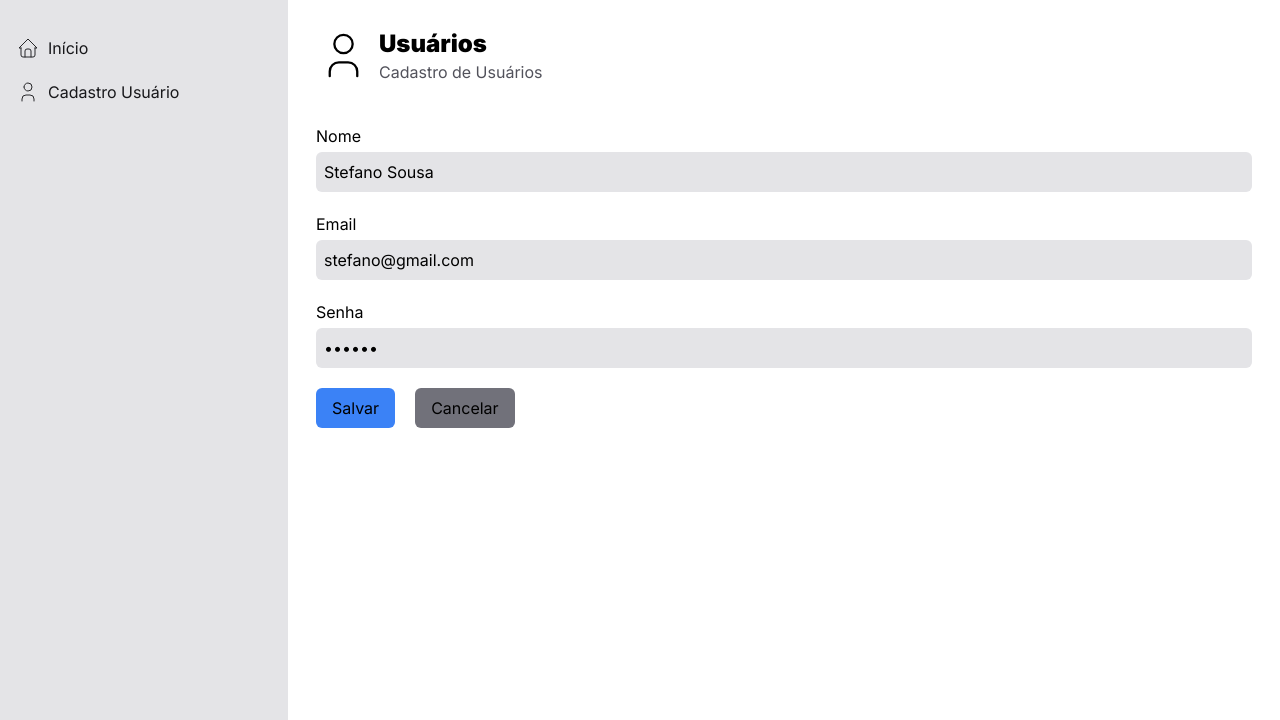
Repository: stefanosousaa/app-bd
Page: /usuarios
These files come from the project's save history. The page is drawn as it stood at one moment and after the next save; the edit follows.
The browser window is 1280 px wide. The pictures show the whole page.
The project was rebuilt for these pictures with package versions that can differ from the ones it lists, and the page was loaded fresh each time. The framework's server and built-in components were replaced by stand-ins that run in the browser. Also part of the build but not shown: next.config.mjs.

Above is the page before, as saved 2024-05-26 12:03:53.

### src/app/(internas)/usuarios/page.tsx
'use client'

import Pagina from "@/app/components/template/Pagina";
import Titulo from "@/app/components/template/Titulo";
import FormularioUsuario from "@/app/components/usuario/FormularioUsuario";
import ListaUsuario from "@/app/components/usuario/ListaUsuario";
import usuarios from "@/app/data/constants/usuarios";
import { Usuario } from "@/core/model/Usuario";
import { IconUser } from "@tabler/icons-react";
import { useState } from "react";


export default function Page(){

    const [usuario, setUsuario] = useState<Usuario>(usuarios[0])

    function salvar(){
        //salvar no banco de dados

    }
    return(
        <Pagina className="flex flex-col gap-10">
            <Titulo icone={IconUser} principal="Usuários" secundario="Cadastro de Usuários"/>
           {/*<ListaUsuario/> */}
           <FormularioUsuario
           usuario={usuario}
           onChange={setUsuario}
           salvar={salvar}
           cancelar={()=>{}}
           />
        </Pagina>
    )
}

### src/app/components/template/Pagina.tsx
import Menu from "./Menu"

export interface PaginaProps {
    children: any
    className?: string
}

export default function Pagina(props: PaginaProps){
    return (
     <div className="flex ">
        <Menu/>
        <main className={`flex-1 p-7 ${props.className ?? ``}`}>{props.children}</main>

    </div>
    )

}

### src/app/components/template/Titulo.tsx
import { ElementType } from "react"

export interface TituloProps {
    principal: string
    secundario: string
    icone: ElementType
}

export default function Titulo(props: TituloProps){
    return(
          <div className="flex gap-2">
            <props.icone size={55} stroke={1}/>
            <div className="flex flex-col">
                <h1 className="text-2xl font-black">{props.principal}</h1>
                <h2 className="text-zinc-600">{props.secundario}</h2>
            </div>

          </div>
    )
}

### src/app/components/usuario/FormularioUsuario.tsx
import { Usuario } from "@/core/model/Usuario"
import InputTexto from "../shared/InputTexto"

export interface FormularioUsuarioProps {
    usuario: Partial<Usuario>
    onChange: (usuario: Partial<Usuario>) => void
    salvar: () => void
    cancelar: () => void
}


export default function FormularioUsuario(props: FormularioUsuarioProps){
    return(
        <div className="flex flex-col gap-5">
            <InputTexto
            label="Nome"
            type="text"
            value={props.usuario.nome}
            onChange={
                (e) => props.onChange?.({ ...props.usuario, nome: e.target.value})
            }
            />

            <InputTexto
            label="Email"
            type="email"
            value={props.usuario.email}
            onChange={
                (e) => props.onChange?.({ ...props.usuario, email: e.target.value})
            }
            />

            <InputTexto
            label="Senha"
            type="password"
            value={props.usuario.senha}
            onChange={
                (e) => props.onChange?.({ ...props.usuario, senha: e.target.value})
            }
            />

            <div className="flex gap-5">
                <button className="bg-blue-500 px-4 py-2 rounded-md" onClick={props.salvar}>Salvar</button>
                <button className="bg-zinc-500 px-4 py-2 rounded-md" onClick={props.cancelar}>Cancelar</button>
            </div>


        </div>
    )

}

### src/app/data/constants/usuarios.ts
import { Usuario } from "@/core/model/Usuario";

const usuarios: Usuario [] = [
    {
        id: "1",
        email:"stefano@gmail.com",
        nome: "Stefano Sousa",
        senha:"123456"
    },
    {
        id: "2",
        email:"lillyan@gmail.com",
        nome: "Lillyan Sousa",
        senha:"123456"
    },
    {
        id: "3",
        email:"isadora@gmail.com",
        nome: "Isadora Sousa",
        senha:"123456"
    },
    {
        id: "4",
        email:"rodrigo@gmail.com",
        nome: "Rodrigo Sousa",
        senha:"123456"
    },
]

export default usuarios

### src/app/components/template/Menu.tsx
import { IconHome, IconUser } from "@tabler/icons-react"
import Link from "next/link"
import MenuItem from "./MenuItem"



export default function Menu(){
    return (
    <aside className="w-72 bg-zinc-200 h-screen">
         <nav className="flex flex-col gap-1 py-7">
            <MenuItem icone={IconHome} texto="Início" url="/" />
            <MenuItem icone={IconUser} texto="Cadastro Usuário" url="/usuarios" />


         </nav>
    </aside>
    )
}

### src/app/components/shared/InputTexto.tsx
'use client'

import { InputHTMLAttributes } from "react";

export interface InputTextoProps extends InputHTMLAttributes<HTMLInputElement> {
    label: string
}

export default function InputTexto(props: InputTextoProps){
    return(
        <div className="flex flex-col gap-1 ">
            <label>{props.label}</label>
            <input {...props}
            className="bg-zinc-200 p-2 rounded-md outline-none"
            />
        </div>
    )
}

### src/app/components/template/MenuItem.tsx
import Link from "next/link"
import { ElementType } from "react"

export interface MenuItemProps{
    icone: ElementType
    texto: string
    url: string
}


export default function MenuItem(props : MenuItemProps){
    return(
        <Link href={props.url} className="flex gap-2 px-4 py-2 hover:bg-white ">
            <props.icone className= "text-zinc-800" size={24} stroke={1}/>
            <span className= "text-zinc-900">{props.texto}</span>
        </Link>
    )
}

### src/app/components/usuario/ListaUsuario.tsx

import { Usuario } from '@/core/model/Usuario'
import usuarios from '../../data/constants/usuarios'
import LinhaUsuario from './LinhaUsuario'

export default function ListaUsuario(){
    return(
        <div className="flex flex-col gap-4">
            {usuarios.map((usuario: Usuario) => {
                return <LinhaUsuario key={usuario.id} usuario={usuario}/>
            })}

        </div>
    )
}

### src/backend/index.ts
import salvarUsuario from "./usuario/salvarUsuario"
import obterTodos from "./usuario/obterTodos"

//padrao facede

export default class Backend{
    static readonly usuarios = {
        salvar: salvarUsuario,
        obter: obterTodos,
    }
}

### src/app/components/usuario/LinhaUsuario.tsx
import { Usuario } from "@/core/model/Usuario"
import Image from "next/image"

export interface LinhaUsuarioProps {
    usuario: Usuario
}

export default function LinhaUsuario(props: LinhaUsuarioProps){
    return(
        <div className="flex items-center gap-5 p-4 bg-zinc-200 rounded-md">
            <Image
            src="data:[embedded picture, 6063 characters]"
            width={80}
            height={80}
            className="rounded-full"
            alt="Avatar"
            />



            <div className=" flex flex-col">
              <span className="text-xl font-black">{props.usuario.nome}</span>
              <span className="text-sm text-zinc-700">{props.usuario.email}</span>
            </div>


        </div>
    )
}

### src/backend/usuario/salvarUsuario.ts
"use server"

import { Usuario } from "@/core/model/Usuario";
import Id from "@/core/utils/Id";
import RepositorioUsuario from "./RepositorioUsuario";

export default async function salvarUsuario(usuario: Partial<Usuario>){
     const novoUsuario = {
        ...usuario,
        id: usuario.id ?? Id.novo,
     }

    return RepositorioUsuario.salvar(novoUsuario as Usuario)
}

### src/backend/usuario/obterTodos.ts
"use server"

import RepositorioUsuario from "./RepositorioUsuario";

export default async function obterTodos(){

    return RepositorioUsuario.obterTodos()
}

### src/core/utils/Id.ts
export default class Id {
    static get novo(): string{
        return Math.random().toString(36).substring(2, 15).toUpperCase()
    }
}

### src/backend/usuario/RepositorioUsuario.ts
import { Usuario } from "@/core/model/Usuario";
import { PrismaClient } from "@prisma/client";


export default class RepositorioUsuario {
    private static db: PrismaClient = new PrismaClient()


    static async salvar(usuario: Usuario): Promise<Usuario> {
        return await this.db.usuario.upsert({
            where: {id: usuario.id},
            update: usuario,
            create: usuario
        })
    }

     static async obterTodos(): Promise<Usuario[]> {
        return await this.db.usuario.findMany()
    }

     static async obterPorId(id: string): Promise<Usuario> {
        const usuario = await this.db.usuario.findUnique({
            where: {id},
        })
        return usuario as Usuario
    }


}

Loaded but not shown: src/app/layout.tsx (common file); src/app/globals.css (common file); tailwind.config.ts (common file)

After the next save:
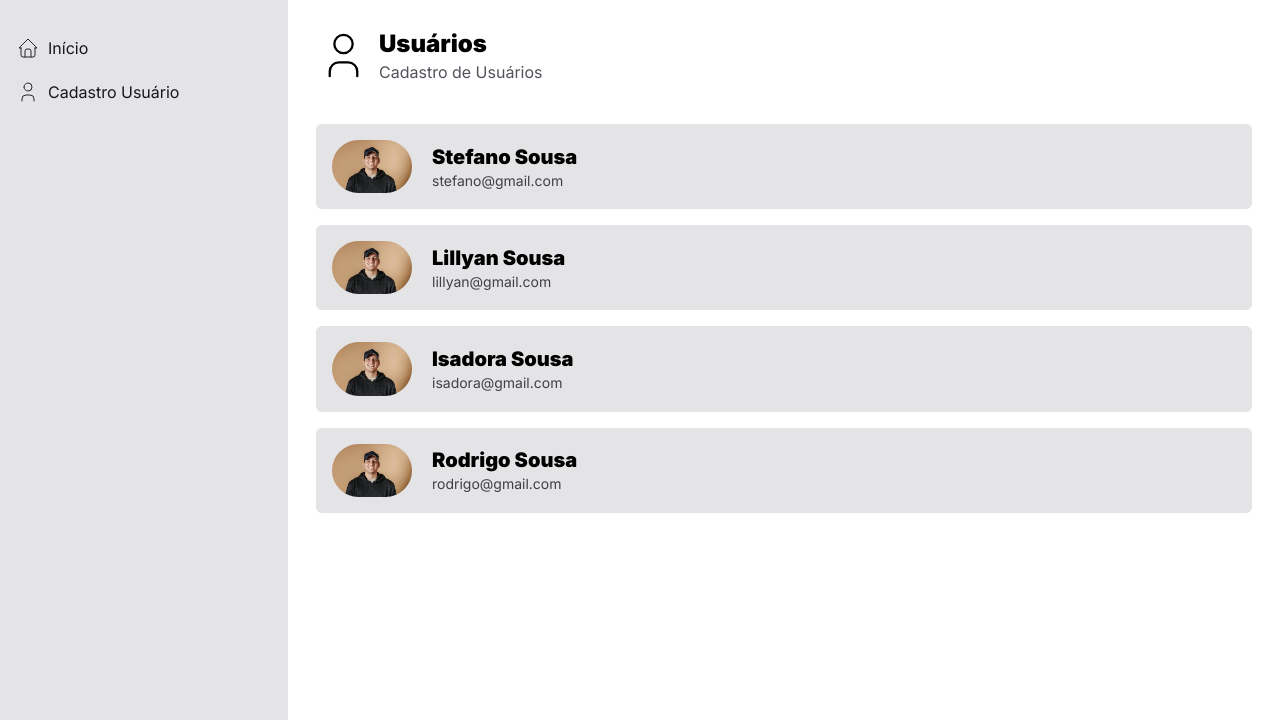
Saved 2 min 59 s later.
--- a/src/app/(internas)/usuarios/page.tsx
+++ b/src/app/(internas)/usuarios/page.tsx
@@ -5,6 +5,7 @@ import Titulo from "@/app/components/template/Titulo";
 import FormularioUsuario from "@/app/components/usuario/FormularioUsuario";
 import ListaUsuario from "@/app/components/usuario/ListaUsuario";
 import usuarios from "@/app/data/constants/usuarios";
+import Backend from "@/backend";
 import { Usuario } from "@/core/model/Usuario";
 import { IconUser } from "@tabler/icons-react";
 import { useState } from "react";
@@ -12,22 +13,31 @@ import { useState } from "react";
 
 export default function Page(){
 
-    const [usuario, setUsuario] = useState<Usuario>(usuarios[0])
+    const [usuarios, setUsuarios] = useState<Usuario[]>([])
+    const [usuario, setUsuario] = useState<Partial<Usuario> | null>(null)
 
     function salvar(){
-        //salvar no banco de dados
+        if (!usuario) return
+        Backend.usuarios.salvar(usuario)
 
     }
     return(
         <Pagina className="flex flex-col gap-10">
             <Titulo icone={IconUser} principal="Usuários" secundario="Cadastro de Usuários"/>
-           {/*<ListaUsuario/> */}
-           <FormularioUsuario
+
+
+        {usuario ? (
+          <FormularioUsuario
            usuario={usuario}
            onChange={setUsuario}
            salvar={salvar}
            cancelar={()=>{}}
            />
+
+        ):(
+            <ListaUsuario/>
+        )}
+
         </Pagina>
     )
 }
